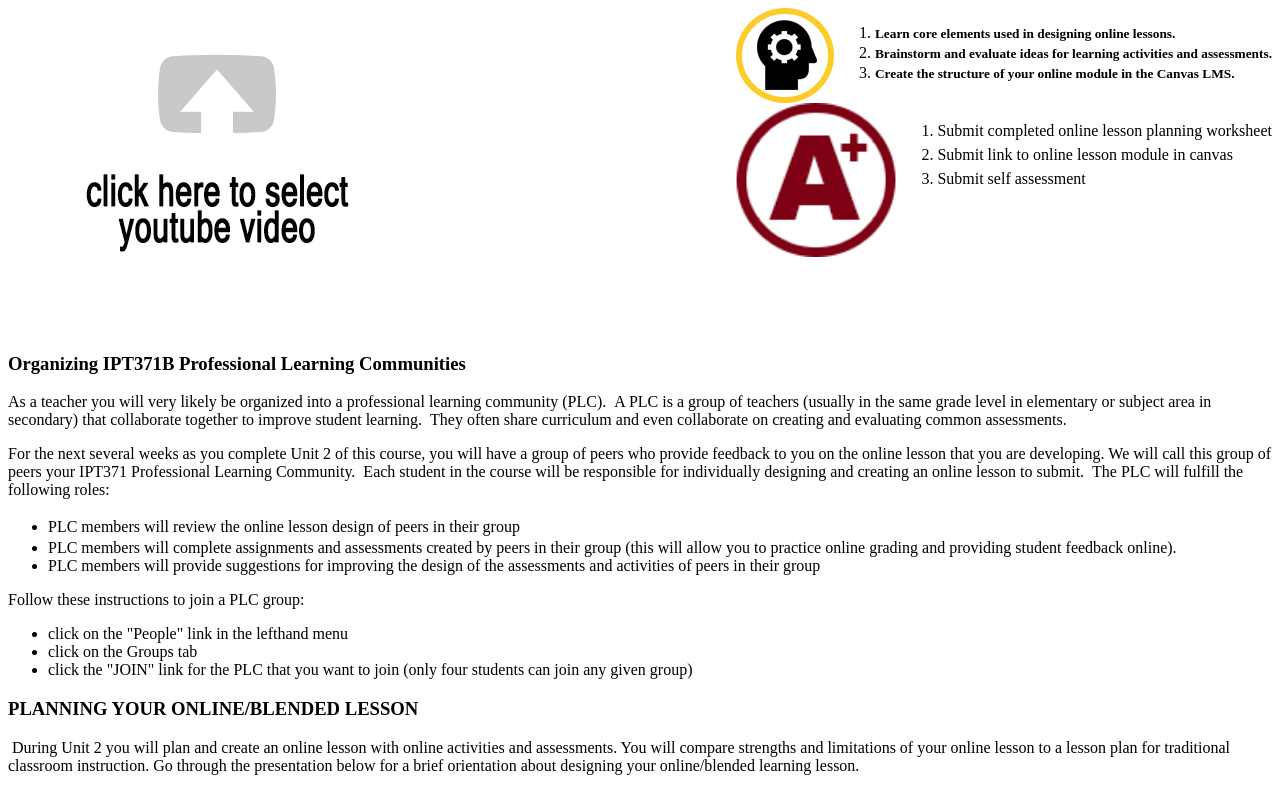
Repository: jaerod95/BYU
Page: IPT 371C/main.html
The author's editor kept a record of every edit. The page is drawn from the files as they stood at one moment, then again after the next edit.
The browser window is 1280 px wide. The pictures show the part of the page from y = 0 to 799 px (the page is 4789 px tall).
Pictures or frames that could not be fetched are drawn as grey boxes.

Above is the page before.

### IPT 371C/main.html
<!DOCTYPE html>
<html>

<head>
    <title></title>
    <link rel="stylesheet" href="newstyle.css">
    <script type="text/javascript" src="oldscript.js"></script>
</head>

<body>
    <div class="JR_IPT_371_B_main_content">
        <div class="JR_ipt371banner">
        </div>
        <div class="ipt371content">
            <div class="leftside">
                <div class="ipt371videoSlot" id="vidSlot">
                    <img id="videoButton" src="youtube.png" />
                </div>
            </div>
            <div class="rightside">
                <div class="ipt371ao blueboxipt">
                    <div class="bbimg"><img src="quest.png" /></div>
                    <div class="outcomes">
                        <ol>
                            <li style="text-align: left;"><strong><span style="font-size: 10pt; line-height: 1.5; background-color: transparent;">Learn core elements used in designing online lessons.</span></strong></li>
                            <li style="text-align: left;"><strong><span style="font-size: 10pt; line-height: 1.5; background-color: transparent;">Brainstorm and evaluate ideas for learning activities and assessments.</span></strong></li>
                            <li style="text-align: left;"><strong><span style="font-size: 10pt; line-height: 1.5; background-color: transparent;">Create the structure of your online module in the Canvas LMS.</span></strong></li>
                        </ol>
                    </div>
                </div>
                <div class="ipt371ao blueboxipt">
                    <div class="bbimg"><img src="study.png" /></div>
                    <div class="outcomes">
                        <ol>
                            <li><span style="line-height: 1.5; background-color: transparent;">Submit completed online lesson planning worksheet</span></li>
                            <li><span style="line-height: 1.5; background-color: transparent;">Submit link to online lesson module in canvas</span></li>
                            <li><span style="line-height: 1.5; background-color: transparent;">Submit self assessment</span></li>
                        </ol>
                    </div>
                </div>
            </div>
        </div>
        <div class="maincontent">
            <h3 class=""><strong><span style="font-size: 14pt;">Organizing IPT371B&nbsp;Professional Learning Communities</span></strong></h3>
            <p>As a teacher you will very likely be organized into a professional learning community (PLC). &nbsp;A PLC is a group of teachers (usually in the same grade level in elementary or subject area in secondary) that collaborate together to improve
                student learning. &nbsp;They often share curriculum and even collaborate on creating and evaluating common assessments.&nbsp;</p>
            <p>For the next several weeks as you complete Unit 2 of this course, you will have a&nbsp;group of peers who provide feedback to you on the online lesson that you are developing. We will call this group of peers your IPT371 Professional Learning
                Community. &nbsp;Each student in the course will be responsible for individually designing and creating an online lesson to submit. &nbsp;The PLC will fulfill the following roles:</p>
            <ul>
                <li><span style="line-height: 1.5; background-color: transparent;">PLC members will review the online lesson design of peers in their group</span></li>
                <li>PLC members will complete assignments and assessments created by peers in their group (this will allow you to practice online grading and providing student feedback online).</li>
                <li>PLC members will provide suggestions for improving&nbsp;the design of the assessments and activities&nbsp;of peers in their group</li>
            </ul>

            <p>Follow these instructions to join&nbsp;a PLC group:</p>
            <ul>
                <li>click on the "People" link in the lefthand menu&nbsp;</li>
                <li>click on the Groups tab</li>
                <li>click the "JOIN" link for the PLC that you want to join (only four students can join any given group)&nbsp;</li>
            </ul>
            <h3><strong><span style="font-size: 14pt;">PLANNING YOUR ONLINE/BLENDED LESSON</span></strong></h3>
            <p>&nbsp;<span style="color: #000000; font-size: 12pt;">During Unit 2&nbsp;you will plan and create an online lesson with online activities and assessments. You will compare strengths and limitations of your online lesson to a lesson plan for traditional classroom instruction. Go through the presentation&nbsp;below for a brief orientation about designing your online/blended learning lesson.&nbsp;</span></p>
            <table>
                <tbody>
                    <tr>
                        <td>
                            <p><iframe src="https://docs.google.com/presentation/d/1GCk5dx-VfW0Fi9aZafrTwGb8O9lP57o1bbPRcgLpvps/embed?start=false&amp;loop=false&amp;delayms=5000" width="480" height="329" allowfullscreen="allowfullscreen" webkitallowfullscreen="webkitallowfullscreen"
                                    mozallowfullscreen="mozallowfullscreen"></iframe><br />(<a id="" class="inline_disabled " title="" href="https://youtu.be/j68BsLilEnQ" target="">watch the narrated presentation</a>)</p>
                        </td>
                        <td><img src="/courses/138/files/14078/preview" alt="online lesson outline.png" width="315" height="373" data-api-endpoint="https://byu.instructure.com/api/v1/courses/138/files/14078" data-api-returntype="File" /></td>
                    </tr>
                </tbody>
            </table>
            &nbsp;<span style="font-size: 12pt;">The image above&nbsp;shows a basic outline for the elements that should be in your final online/blended lesson. &nbsp;Use the <a id="" class=" instructure_scribd_file instructure_file_link" title="IPT 371B Online Lesson Planning Worksheet.docx" href="/courses/138/files/14097/download?wrap=1" target="" data-api-endpoint="https://byu.instructure.com/api/v1/courses/138/files/14097" data-api-returntype="File">planning worksheet</a> to document and submit ideas for your online lesson.&nbsp;</span></div>

        <p>&nbsp;</p>
        <p><span style="font-size: 12pt;"><strong>Step 1:</strong> Choose a Learning Objective and Find a Traditional Lesson Plan</span></p>
        <p>Select a CORE curriculum objective from your teaching subject area to focus your lesson on (see <a href="http://www.uen.org/core/">http://www.uen.org/core/</a>). &nbsp;Your design task will be easier if you select a topic</p>
        <ul>
            <li><span style="line-height: 1.5; background-color: transparent;">that you would&nbsp;currently be comfortable teaching</span></li>
            <li><span style="line-height: 1.5; background-color: transparent;">that you have or can find a traditional classroom-based lesson plan for&nbsp;</span></li>
            <li><span style="line-height: 1.5; background-color: transparent;">that lends itself to online activities</span></li>
        </ul>
        <p><span style="line-height: 1.5; background-color: transparent;">As you start thinking about your lesson, you should consider a lesson that can be done within a couple of days to a week's time. &nbsp;Also, you will want to make sure that there is strong alignment between the outcomes, assessments, and activities that you choose. &nbsp;Watch this brief video about aligning activities with assessments.</span></p>
        <p><span style="line-height: 1.5; background-color: transparent;"><iframe style="width: 479px; height: 358px;" title="Professor Dancelot and the Perils of a Misaligned Course" src="https://www.youtube.com/embed/oWi5vy6TSso?feature=oembed" width="300" height="150" allowfullscreen="allowfullscreen" webkitallowfullscreen="webkitallowfullscreen" mozallowfullscreen="mozallowfullscreen"></iframe></span></p>
        <p>&nbsp;</p>
        <p><span style="font-size: 12pt;">See Section 1 in <a id="" class="" title="" href="https://docs.google.com/document/d/1DGZEOBr-0NPP5FpndHmYdr4ZjT7dqZFJN1QBuSIcO-g/edit?usp=sharing" target="">Elementary Ed worked example</a>.<br /></span>
            <span style="font-size: 12pt;">See Section 1 in Secondary Ed worked example.</span>
        </p>
        <p><span style="font-size: 12pt;"><strong>Step 2:</strong> Explore Quiz Questions for your Final Assessment</span></p>
        <p>The second step in your process is to explore questions for your final lesson assessment. &nbsp;You do not have to develop the full assessment at this time, but you should get some clear ideas about the the questions you might ask in the assessment
            because you will need to create assignments and activities that help student prepare for the final assessment.</p>
        <table>
            <tbody>
                <tr>
                    <td><iframe src="https://docs.google.com/presentation/d/1e3UTlGqxUbCI7pnoWT2LUx7U5JRqhK7J9bCb1NaJUAY/embed?start=false&amp;loop=false&amp;delayms=5000" width="480" height="329" allowfullscreen="allowfullscreen" webkitallowfullscreen="webkitallowfullscreen"
                            mozallowfullscreen="mozallowfullscreen"></iframe></td>
                    <td><span>See <a id="" class="" title="" href="https://docs.google.com/document/d/1DGZEOBr-0NPP5FpndHmYdr4ZjT7dqZFJN1QBuSIcO-g/edit?usp=sharing" target="">Elementary Ed worked example</a>.<br /></span><span>See Secondary Ed worked example.</span></td>
                </tr>
            </tbody>
        </table>


        <p>&nbsp;</p>


        <p><span style="font-size: 12pt;"><strong>Step 3:</strong> Brainstorm Ideas for a Lesson Assignment</span></p>
        <p>&nbsp;You will also need to brainstorm ideas for a graded assignment in the online/blended lesson. &nbsp;Make sure that your assignment ideas align back to the CORE objectives that you have identified.</p>


        <p><span style="font-size: 12pt;">See Section 2 in <a id="" class="" title="" href="https://docs.google.com/document/d/1DGZEOBr-0NPP5FpndHmYdr4ZjT7dqZFJN1QBuSIcO-g/edit?usp=sharing" target="">Elementary Ed worked example</a>.<br /></span>
            <span style="font-size: 12pt;">See Section 2 in Secondary Ed worked example.</span>
        </p>
        <p><span style="font-size: 12pt;"><strong>Step 4:</strong> Brainstorm Ideas for a Content-driven Activity</span></p>
        <p>Activities that you develop do not need to be graded. &nbsp;However, it can be beneficial if students are able to get formative feedback on their performance in the activity. &nbsp;Go through the presentation below to get an idea of a range of
            different online learner-content activities you can consider.&nbsp;</p>
        <table>
            <tbody>
                <tr>
                    <td><iframe src="https://docs.google.com/presentation/d/1KD7e5IGZ_-kfo9Fulln4WiiIUOmqdnus4uCQGxQ1s9Q/embed?start=false&amp;loop=false&amp;delayms=3000" width="480" height="329" allowfullscreen="allowfullscreen" webkitallowfullscreen="webkitallowfullscreen"
                            mozallowfullscreen="mozallowfullscreen"></iframe></td>
                    <td><span>See <a id="" class="" title="" href="https://docs.google.com/document/d/1DGZEOBr-0NPP5FpndHmYdr4ZjT7dqZFJN1QBuSIcO-g/edit?usp=sharing" target="">Elementary Ed worked example</a>.<br /></span><span>See Secondary Ed worked example.</span></td>
                </tr>
            </tbody>
        </table>
        <p>&nbsp;</p>
        <p><span style="font-size: 12pt;"><strong>Step 5:</strong> Brainstorm Ideas for a Community-driven Activity</span></p>
        <span>In this step you will brainstorm several activities that involve students learning together online. &nbsp;Go through the presentation below to get an idea of a range of different online learner-learner activities you can consider.</span>&nbsp;</div>
    <table>
        <tbody>
            <tr>
                <td><iframe src="https://docs.google.com/presentation/d/1KD7e5IGZ_-kfo9Fulln4WiiIUOmqdnus4uCQGxQ1s9Q/embed?start=false&amp;loop=false&amp;delayms=5000" width="480" height="329" allowfullscreen="allowfullscreen" webkitallowfullscreen="webkitallowfullscreen"
                        mozallowfullscreen="mozallowfullscreen"></iframe></td>
                <td><span>See <a id="" class="" title="" href="https://docs.google.com/document/d/1DGZEOBr-0NPP5FpndHmYdr4ZjT7dqZFJN1QBuSIcO-g/edit?usp=sharing" target="">Elementary Ed worked example</a>.<br /></span><span>See Secondary Ed worked example.</span></td>
            </tr>
        </tbody>
    </table>
    <p><span style="font-size: 12pt;"><strong>Step 6:</strong> Provide a Rationale for the&nbsp;</span></p>
    <p>&nbsp;It is important for you to think about what value your online/blended activities and assessments add to the lesson. &nbsp;Share your lesson ideas with at least one member of your PLC and get feedback from him/her on your assignment and activity
        ideas. &nbsp;Pick one of your assessment ideas and one of your activity ideas to analyze within the planning worksheet using the following criteria:</p>
    <ul>
        <li><strong>PIC</strong> - What is the student relationship to the technology (Passive, Interactive, Creative)?</li>
        <li><strong>RAT</strong> - How does the online lesson change the teacher&rsquo;s traditional practice (replace, amplify, transform)?</li>
        <li><strong>ACCESS</strong> &ndash; How does the online lesson affect student access to learning experiences when compared to the traditional lesson?</li>
        <li><strong>STUDENT LEARNING</strong> &ndash; How does the online lesson intend to impact student learning as compared to the traditional lesson? (i.e., What value does it add?)</li>
    </ul>
    <p><span style="font-size: 12pt;">See <a id="" class="" title="" href="https://docs.google.com/document/d/1DGZEOBr-0NPP5FpndHmYdr4ZjT7dqZFJN1QBuSIcO-g/edit?usp=sharing" target="">Elementary Ed worked example</a>.<br /></span>
        <span style="font-size: 12pt;">See Secondary Ed worked example.</span>
    </p>
    <p><span style="font-size: 12pt;">NOTE: At this point your ideas need to be concrete but you can always adapt and change as you progress through the unit.&nbsp;&nbsp;</span></p>
    <p>&nbsp;</p>
    <h3><strong><span style="font-size: 14pt;">Build Online Module Structure in Canvas LMS</span></strong></h3>
    <p>Once you have completed the planning worksheet you will create the structure for your online lesson (or module) in Canvas. &nbsp;Think of this as your lesson shell - you are creating and organizing the pieces of the lesson, but the content of each
        of the pieces does not exist yet.&nbsp;</p>
    <p>To complete this assignment do the following:</p>
    <p><strong>1. Create a Canvas Course for your module</strong> (<span>use the </span><span><span><a class="external" title="" href="https://community.canvaslms.com/community/answers/guides/" target="_blank">Canvas Guides</a>&nbsp;accessed from the Help menu if needed</span></span>)</p>
    <ul>
        <ul>
            <li>Name your course "&lt;first name last name&gt; - Canvas Module with your name in place of "<span>&lt;first name last name&gt;"</span></li>
        </ul>
    </ul>
    <ul>
        <ul>
            <li>Add all members of your PLC as "students" in the course and add "charles.graham@byu.edu" as a "<strong>Teacher</strong>"&nbsp;in your course</li>
            <li>Make sure your Canvas profile is updated with your name and photo</li>
            <li>Go to the Canvas settings on the left hand side and familiarize yourself with different options. &nbsp;Hide all of the navigation elements for your course except for&nbsp;Modules and Grades.</li>
        </ul>
    </ul>
    <p><span><strong>2. Create a Module for your Lesson in Canvas</strong> (</span><span>use the </span><span><span><a class="external" title="" href="https://community.canvaslms.com/community/answers/guides/" target="_blank">Canvas Guides</a>&nbsp;accessed from the Help menu if needed)</span></span>
    </p>
    <span><span><span class="screenreader-only"><a class="external" title="" href="https://community.canvaslms.com/community/answers/guides/" target="_blank">&nbsp;(Links to an external site.)</a><span style="line-height: 1.5; background-color: transparent;">accessed from the Help menu top right to find out how to do these things</span></span>
    </span>
    </span>
    <ul>
        <ul>
            <li>Title your module appropriately related to the standard/learning objective you are addressing</li>
            <li>Add at least the following elements to your module structure</li>
            <ul>
                <li>A lesson intro and instructions (content page)</li>
                <li>Assessment: An assignment page (assignment page)&nbsp;</li>
                <li>Assessment: A quiz/exam (quiz page)</li>
                <li>A page for your content-driven activity (likely a content page)</li>
                <li>A page for your community-driven activity (likely a discussion page)</li>
                <li>Note: These elements in your structure are placeholders and don't have to contain the actual content of your assessments or activities yet.</li>
            </ul>
        </ul>
    </ul>
    <ul>
        <ul>
            <li>You may explore/practice adding the following elements to your module structure</li>
            <ul>
                <li>File</li>
                <li>Text Header (Figure out how to use text headers and indenting to visually organize the elements in your module)</li>
            </ul>
        </ul>
    </ul>
    <ul>
        <ul>
            <ul>
                <li>External URL</li>
                <li>Figure out how to use text headers and indenting to visually organize the elements in your module.</li>
                <li>Note: Make sure that you "publish" your module and the module elements by clicking on the gray cloud on the right hand side until it turns green with a checkmark in it.&nbsp;</li>
            </ul>
        </ul>
    </ul>
    <p>Here are two screencasts demonstrating how to create a course and module structure in canvas.</p>
    <table>
        <tbody>
            <tr>
                <td>
                    <p><iframe title="IPT371B Create a Canvas Course" src="https://www.youtube.com/embed/mNcirikHaEk?feature=oembed" width="300" height="150" allowfullscreen="allowfullscreen" webkitallowfullscreen="webkitallowfullscreen" mozallowfullscreen="mozallowfullscreen"></iframe><br
                        />Create a Canvas Course screencast</p>
                </td>
                <td><iframe title="IPT371B Create a Module Structure in Canvas" src="https://www.youtube.com/embed/NhsZu472NZA?feature=oembed" width="300" height="150" allowfullscreen="allowfullscreen" webkitallowfullscreen="webkitallowfullscreen" mozallowfullscreen="mozallowfullscreen"></iframe><br
                    />Create a Module Structure in Canvas</td>
            </tr>
        </tbody>
    </table>
    <p>&nbsp;</p>
    <h3><span style="font-size: 14pt;"></span><span style="font-size: 14pt;"><strong>Assignments</strong></span></h3>
    <div class="">Submit completed online lesson planning worksheet</div>
    <div class="">Submit link to online lesson module in canvas</div>
    <div class="">Submit self assessment</div>
</body>

</html>

### IPT 371C/newstyle.css
.ipt371main {
    max-width: 900px;
    height: auto;
}

.ipt371content {
    width: 100%;
    max-height: 900px;
    display: flex;
    justify-content: space-between;
}

.JR_rightside {
    display: flex;
    flex-direction: column;
    justify-content: space-between;
    width: 430px;
}

.JR_blueboxipt {
    background-color: #A2D2F9; border-radius: 5px;
}

.JR_vid {
    width: 100%;
    height: 100%;
    border-radius: 5px;
}

.JR_outcomes {
    flex-grow: 5;
}

.bbimg {
    padding-left: 10px;
    flex-grow: 1;
    display: flex;
    flex-direction: column;
    justify-content: center;
}

.ipt371ao {
    display: flex;
}

### IPT 371C/oldscript.js
window.addEventListener("DOMContentLoaded", init);
var d = document;


function init() {

    document.getElementById("videoButton").addEventListener("mouseover", changeRed);
    document.getElementById("videoButton").addEventListener("mouseleave", changeback);
    document.getElementById("vidSlot").addEventListener("click", upload);

}

function changeRed(event) {
    event.target.src = "youtube-selected.png";
}

function changeback(event) {
    event.target.src = "youtube.png";
}

function upload() {
    var video = prompt("Please paste the URL to your youtube video here", "ex. https://www.youtube.com/watch?v=tpDqfj3v30c");
    video = getSecondPart(video);
    console.log(video);





    d.getElementById("vidSlot").innerHTML =




        "<iframe class='vid' src='https://www.youtube.com/embed/" + video + "?feature=oembed' allowfullscreen='allowfullscreen' frameborder='0'></iframe>";

    console.log(d.getElementById("vidSlot").innerHTML);
}

// gets the special url code for each video
function getSecondPart(str) {
    return str.split('v=')[1];
}

After the next edit:
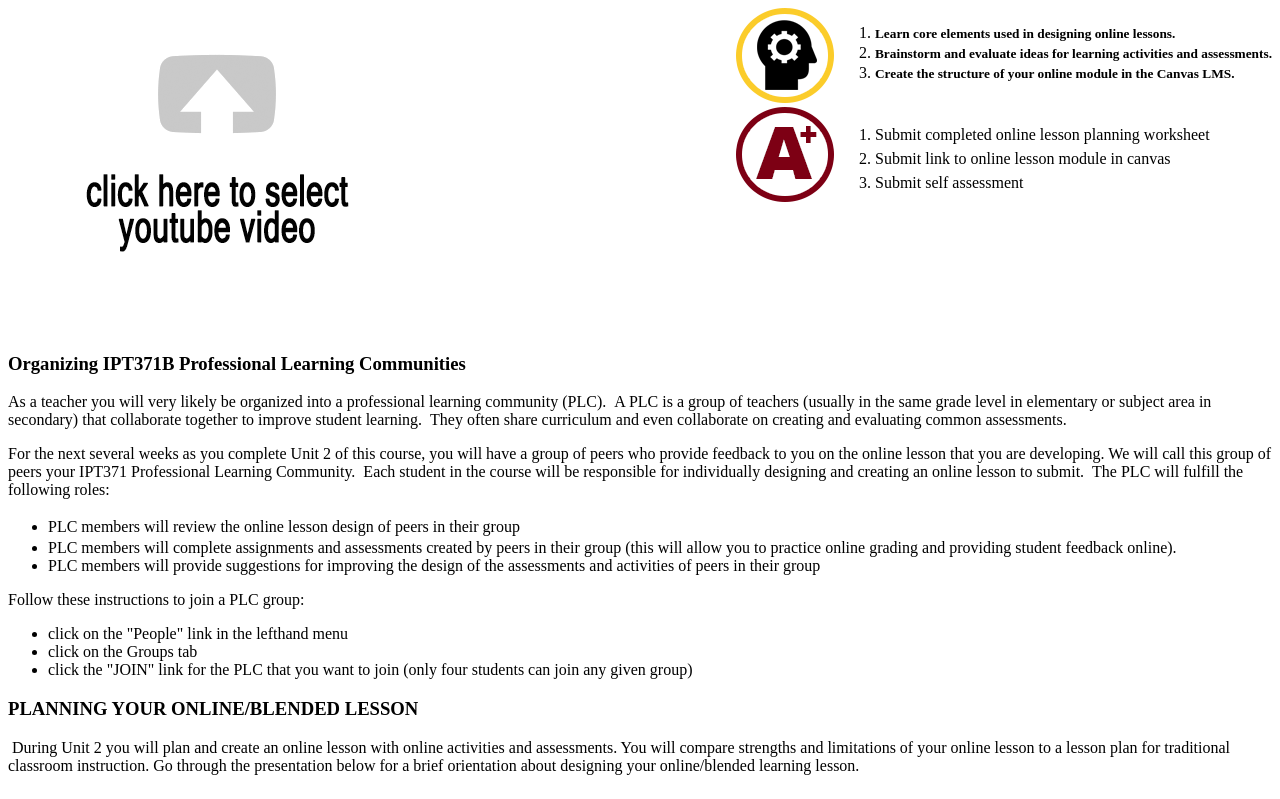
The edit:
--- a/IPT 371C/newstyle.css
+++ b/IPT 371C/newstyle.css
@@ -31,7 +31,7 @@
     flex-grow: 5;
 }
 
-.bbimg {
+.JR_bbimg {
     padding-left: 10px;
     flex-grow: 1;
     display: flex;
